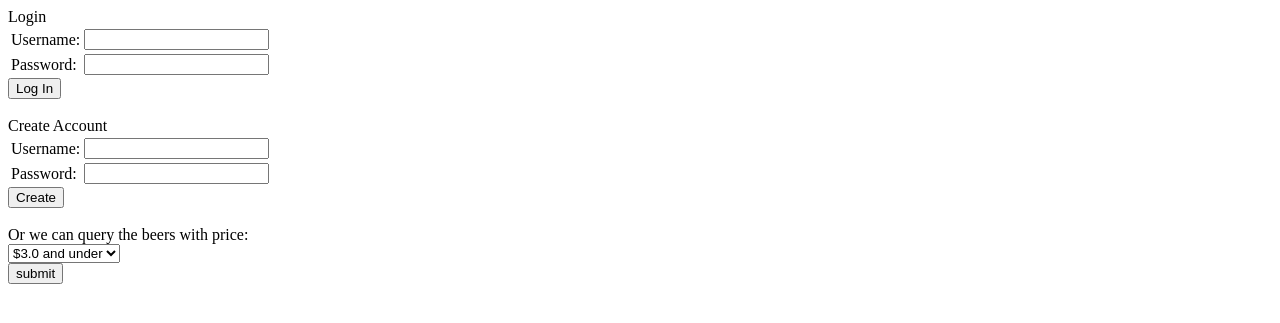
Repository: JephteyAdolphe/auction-system
Page: http://localhost/project/
These files come from the project's save history. The page is drawn as it stood at one moment and after the next save; the edit follows.
The browser window is 1280 px wide. The pictures show the whole page.
The page is served by Tomcat 10.

Above is the page before, as saved 2021-03-15 16:04:25.

After the next save:
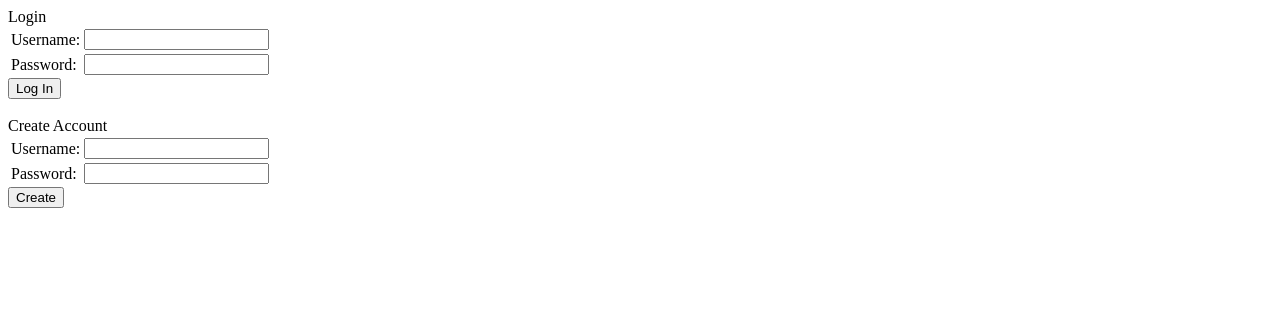
Saved 18 s later.
--- a/project/WebContent/HelloWorld.jsp
+++ b/project/WebContent/HelloWorld.jsp
@@ -45,16 +45,5 @@
 		</form>
 	<br>
 
-	Or we can query the beers with price:
-	<br>
-		<form method="get" action="query.jsp">
-			<select name="price" size=1>
-				<option value="3.0">$3.0 and under</option>
-				<option value="5.0">$5.0 and under</option>
-				<option value="8.0">$8.0 and under</option>
-			</select>&nbsp;<br> <input type="submit" value="submit">
-		</form>
-	<br>
-
 </body>
 </html>
